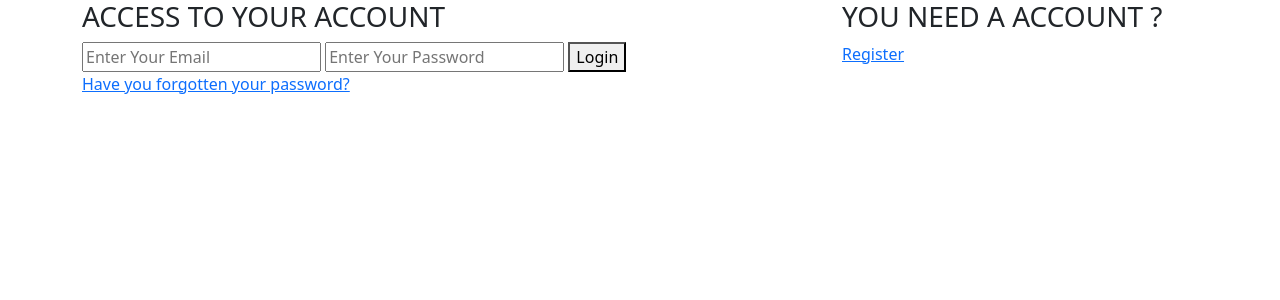
Repository: AnnPTit/ASM_Java04
Page: http://localhost/Asm/views/login
An editor plug-in stored every save of this project. The page is shown before and after the next save, followed by the edit.
The browser window is 1280 px wide. The pictures show the whole page.
Some web libraries are served in a nearby version. The page is served by Tomcat 9.

Above is the page before, as saved 2023-03-19 02:45:00.

After the next save:
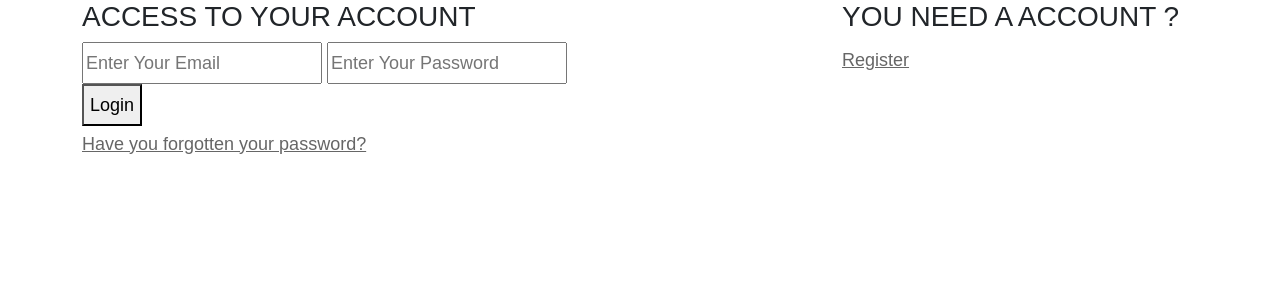
Saved 71 s later.
--- a/Asm/src/main/webapp/views/login.jsp
+++ b/Asm/src/main/webapp/views/login.jsp
@@ -14,6 +14,7 @@
 	href="https://cdnjs.cloudflare.com/ajax/libs/font-awesome/6.3.0/css/all.min.css"
 	integrity="sha512-SzlrxWUlpfuzQ+pcUCosxcglQRNAq/DZjVsC0lE40xsADsfeQoEypE+enwcOiGjk/bSuGGKHEyjSoQ1zVisanQ=="
 	crossorigin="anonymous" referrerpolicy="no-referrer" />
+<link rel="stylesheet" href="../assets/css/style.css">
 </head>
 <body>
 	<div class="container">
